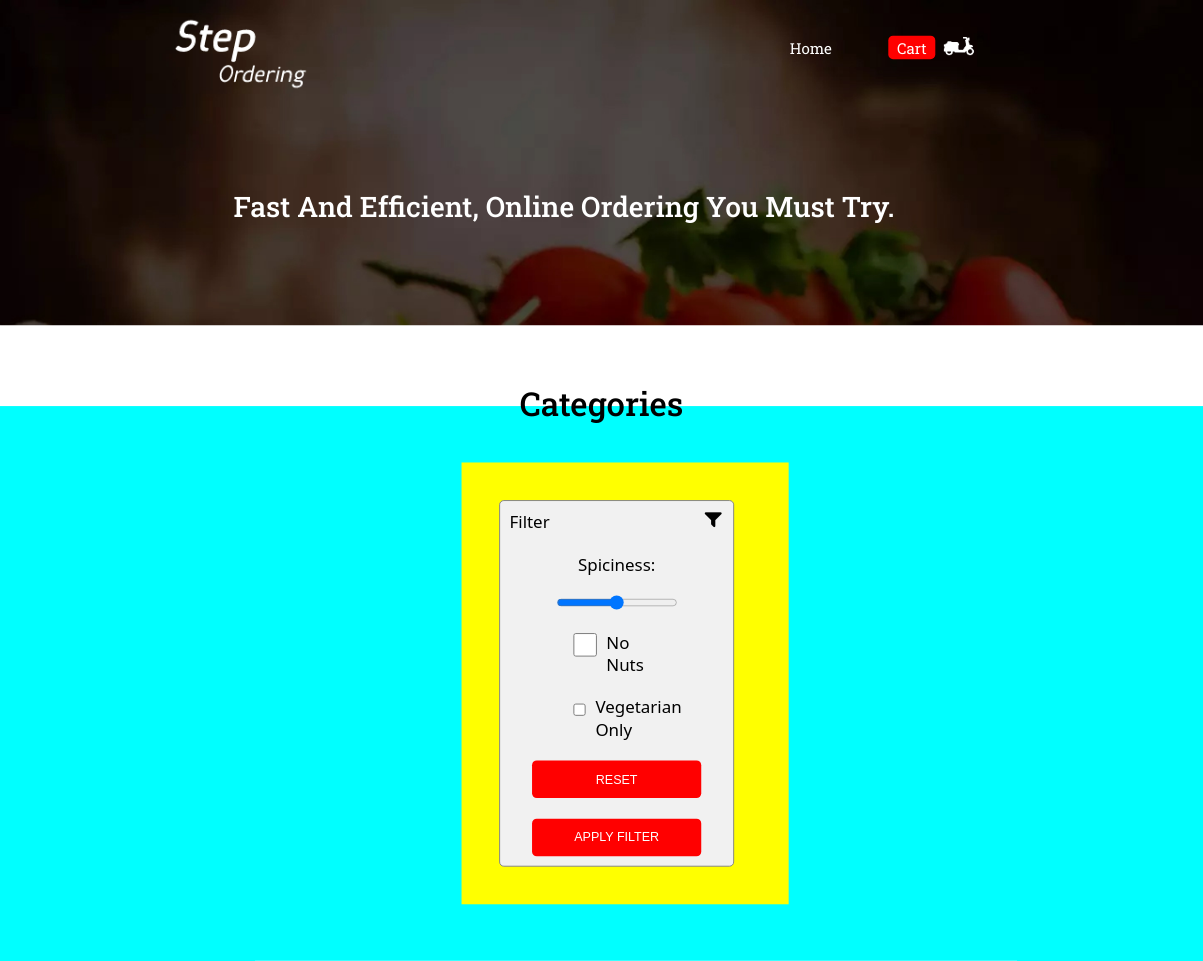
Repository: anastasia29-step/Online-Restaurant
Page: index.html
The author's editor kept a copy of each file at every save. The page is drawn from the files as they stood at one save, then again after the next save.
The browser window is 1280 px wide. The pictures show the whole page, at 94% of full size.
Some web libraries are served in a nearby version.

Above is the page before, as saved 2026-03-10 15:46:41.
Not found: app.js/

### index.html
<!DOCTYPE html>
<html lang="en">

<head>
    <meta charset="UTF-8">
    <meta name="viewport" content="width=device-width, initial-scale=1.0">
    <title>Document</title>
    <link rel="stylesheet" href="style.css">
    <link rel="preconnect" href="https://fonts.googleapis.com">
    <link rel="preconnect" href="https://fonts.gstatic.com" crossorigin>
    <link href="https://fonts.googleapis.com/css2?family=Roboto+Slab:wght@100..900&display=swap" rel="stylesheet">
    <link rel="stylesheet" href="https://cdnjs.cloudflare.com/ajax/libs/font-awesome/7.0.1/css/all.min.css"
        integrity="sha512-2SwdPD6INVrV/lHTZbO2nodKhrnDdJK9/kg2XD1r9uGqPo1cUbujc+IYdlYdEErWNu69gVcYgdxlmVmzTWnetw=="
        crossorigin="anonymous" referrerpolicy="no-referrer" />
</head>

<body>

    <section class="FirstLine">

    <div class="beside" id="navbar">
        <div class="left">
            <a href="./index.html"><img src="./photo/logo.png" alt=""></a>
        </div>

        <div class="right">
            <a href="./index.html">Home</a>
            <a href="./Cart.html" class="a">Cart</a>
            <a href="./Cart.html">
            <img src="./photo/istockphoto-609074524-612x612 Background Removed.png" alt=""></a>
        </div>
    </div>

    <div class="bottom">
        <h1>Fast And Efficient, Online Ordering You Must Try.</h1>
    </div>

</section>
    <section class="section">
        <h1>Categories</h1>
        <ul>
            <li onclick="showAll()">All</li>
        </ul>
    </section>
    <form class="sectionCard">
        <div class="leftSide">
            <div class="filteredCard">
                <div class="first">
                    <p>Filter</p>
                    <i class="fa-solid fa-filter"></i>
                </div>
                <p>Spiciness:</p>
                <input type="range">
                <div class="next">
                    <input type="checkbox">
                    <p>No Nuts</p>
                </div>
                <div class="next">
                    <input type="checkbox">
                    <p>Vegetarian Only</p>
                </div>
                <button class="reset" onclick="reset()">RESET</button>
                <button class="apply" onclick="apply()">APPLY FILTER</button>
            </div>
        </div>
        <div class="rightSide">

        </div>
    </form>




    <script src="app.js\"></script>
</body>

</html>

### style.css
* {
    margin: 0;
    padding: 0;
    box-sizing: border-box;
}

.section {
    display: flex;
    flex-direction: column;
    justify-content: center;
    align-items: center;
    padding: 60px;
    gap: 10px;
}

.section h1 {
    font-style: bold;
    font-family: "Roboto Slab", serif;
    font-weight: 900;
}

ul {
    display: flex !important;
    justify-content: center;
    height: 90px;
    width: 1110px;
    flex-wrap: wrap;
    list-style: none;
    gap: 20px;
    font-family: system-ui, -apple-system, BlinkMacSystemFont, 'Segoe UI', Roboto, Oxygen, Ubuntu, Cantarell, 'Open Sans', 'Helvetica Neue', sans-serif;
    border-bottom: 3px wavy red;
    align-items: center;
}

ul::after {
    content: "";
    display: block;
    height: 6px;
    background-image: url("border.png");
    background-repeat: repeat-x;
    background-position: bottom;
}

.FirstLine {
    height: 48vh;
    background-image: url(./photo/inner_banner.jpg);
    background-position: center;
    background-repeat: no-repeat;
    background-size: cover;
    padding-left: 170px;
    padding-top: 20px;
}

.beside{
    position: fixed;
    top:0;
    left:0;
    width:100%;
    display:flex;
    justify-content:space-between;
    padding:20px 170px;
    transition:0.3s;
    z-index:1000;
}

.beside.active {
    backdrop-filter: blur(10px);
    background: rgba(0,0,0,0.9);
}

.beside.active::after {
    content:"";
    position:absolute;
    bottom:0;
    left:0;
    width:100%;
    height:6px;
    background-image:url("photo/border.png");
    background-repeat:repeat-x;
}

.beside .right {
    display: flex;
    gap: 20px;
    padding-right: 60px;
    padding-top: 20px;
}

.FirstLine .right :first-child:hover {
    color: #FFCC00;
}

.beside .right a {
    text-decoration: none;
    color: white;
    font-family: "Roboto Slab", serif;
}

.beside .right .a {
    background-color: red;
    width: 50px;
    height: 25px;
    padding-top: 2px;
    text-align: center;
    border-radius: 5px;
    margin-top: -2px;
    margin-left: 40px;
}

.beside .right .a:hover+a img {
    transform: translateX(50px);
}

.beside .right img {
    width: 60px;
    margin-top: -21px;
    margin-left: -25px;
    transition: transform 3.0s;
}

.FirstLine .bottom h1 {
    text-align: center;
    color: white;
    margin-top: 180px;
    margin-right: 250px;
    font-size: 30px;
    font-weight: 500;
    font-family: "Roboto Slab", serif;
}

.section h1 {
    font-weight: 500;
    font-size: 35px;
}

ul li {
    height: 100%;
    font-size: 20px;
    cursor: pointer;
    transition: 0.3s;
    display: flex;
    justify-content: center;
    align-items: center;

}

ul li:hover {
    background-color: red;
    color: white;

}

.sectionCard {
    display: flex;
    width: 100%;
    padding: 60px;
    justify-content: center;
    margin-top: -180px;
    background-color: aqua;
}
.leftSide{
    width: 30%;
    padding: 40px;
    background-color: yellow;
    margin-left: 50px;
}
.filteredCard {
    width: 250px;
    height: 390px;
    display: flex;
    flex-direction: column;
    justify-content: space-between;
    align-items: center;
    padding: 10px;
    background-color: #F1F1F1;
    border: 1px solid grey;
    border-radius: 5px;
    font-family: system-ui, -apple-system, BlinkMacSystemFont, 'Segoe UI', Roboto, Oxygen, Ubuntu, Cantarell, 'Open Sans', 'Helvetica Neue', sans-serif;
    font-size: 18px;
}

.first {
    display: flex;
    width: 100%;
    justify-content: space-between;
}

.next {
    display: flex;
    width: 40%;
    gap: 10px;
    justify-content: flex-start;
}

.next input {
    width: 30px;
    height: 30px;
}

.filteredCard button {
    height: 40px;
    width: 180px;
    background-color: red;
    color: white;
    border: none;
    border-radius: 5px;
    cursor: pointer;
    transition: 0.5s;
}

.filteredCard button:hover {
    background-color: #FFCC00;
}

.rightSide {
    display: flex;
    justify-content: center;
    flex-wrap: wrap;
    gap: 30px;
    background-color: red;
}

.card {
    width: 270px;
    height: 420px;
    display: flex;
    flex-direction: column;
    align-items: center;
    justify-content: space-between;
    padding-bottom: 15px;
    border: 1px solid grey;
    border-radius: 17px;
}

.card img {
    width: 100%;
    height: 200px;
    object-fit: cover;
    border-top-left-radius: 17px;
    border-top-right-radius: 17px;
    background-color:#CFCFCF;
}
.card h1{
    font-size: 20px;
    font-family: system-ui, -apple-system, BlinkMacSystemFont, 'Segoe UI', Roboto, Oxygen, Ubuntu, Cantarell, 'Open Sans', 'Helvetica Neue', sans-serif;
}
.sides {
    display: flex;
    justify-content: center;
    gap: 7px;
}

.checks {
    display: flex;
    gap: 3px;
}

.card .bottom {
    width: 100%;
    padding: 10px;
    display: flex;
    justify-content: space-between;
    align-items: center;
}

.card .bottom button {
    height: 40px;
    width: 120px;
    display: flex;
    justify-content: center;
    align-items: center;
    border: 1px solid black;
}

After the next save:
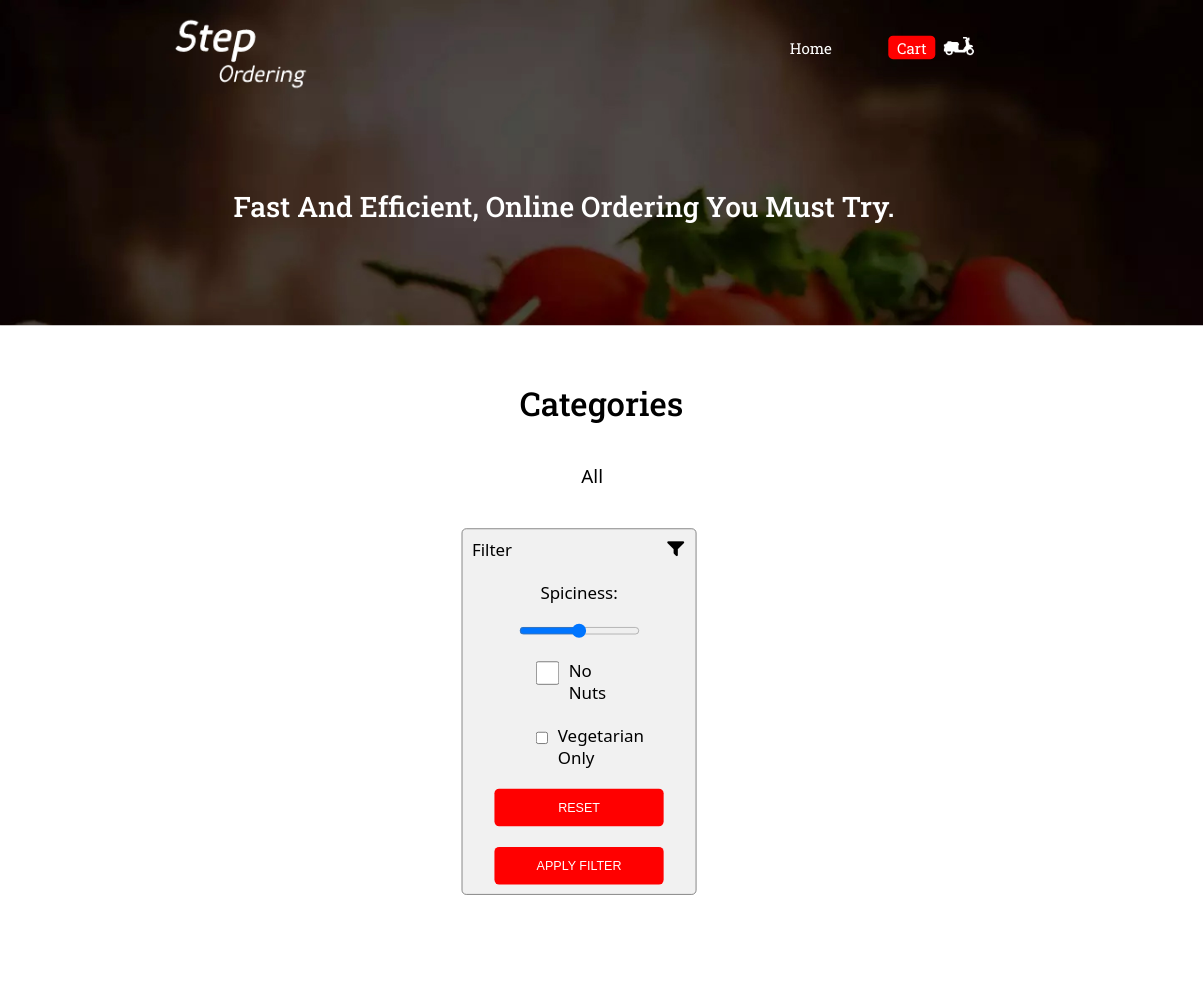
Saved 62 s later.
--- a/style.css
+++ b/style.css
@@ -74,7 +74,7 @@ ul::after {
     bottom:0;
     left:0;
     width:100%;
-    height:6px;
+    height:5px;
     background-image:url("photo/border.png");
     background-repeat:repeat-x;
 }
@@ -155,13 +155,13 @@ ul li:hover {
     width: 100%;
     padding: 60px;
     justify-content: center;
-    margin-top: -180px;
-    background-color: aqua;
+    margin-top: -150px;
+    /* background-color: aqua; */
 }
 .leftSide{
     width: 30%;
     padding: 40px;
-    background-color: yellow;
+    /* background-color: yellow; */
     margin-left: 50px;
 }
 .filteredCard {
@@ -216,8 +216,9 @@ ul li:hover {
     display: flex;
     justify-content: center;
     flex-wrap: wrap;
+    padding: 40px;
     gap: 30px;
-    background-color: red;
+    /* background-color: red; */
 }
 
 .card {
